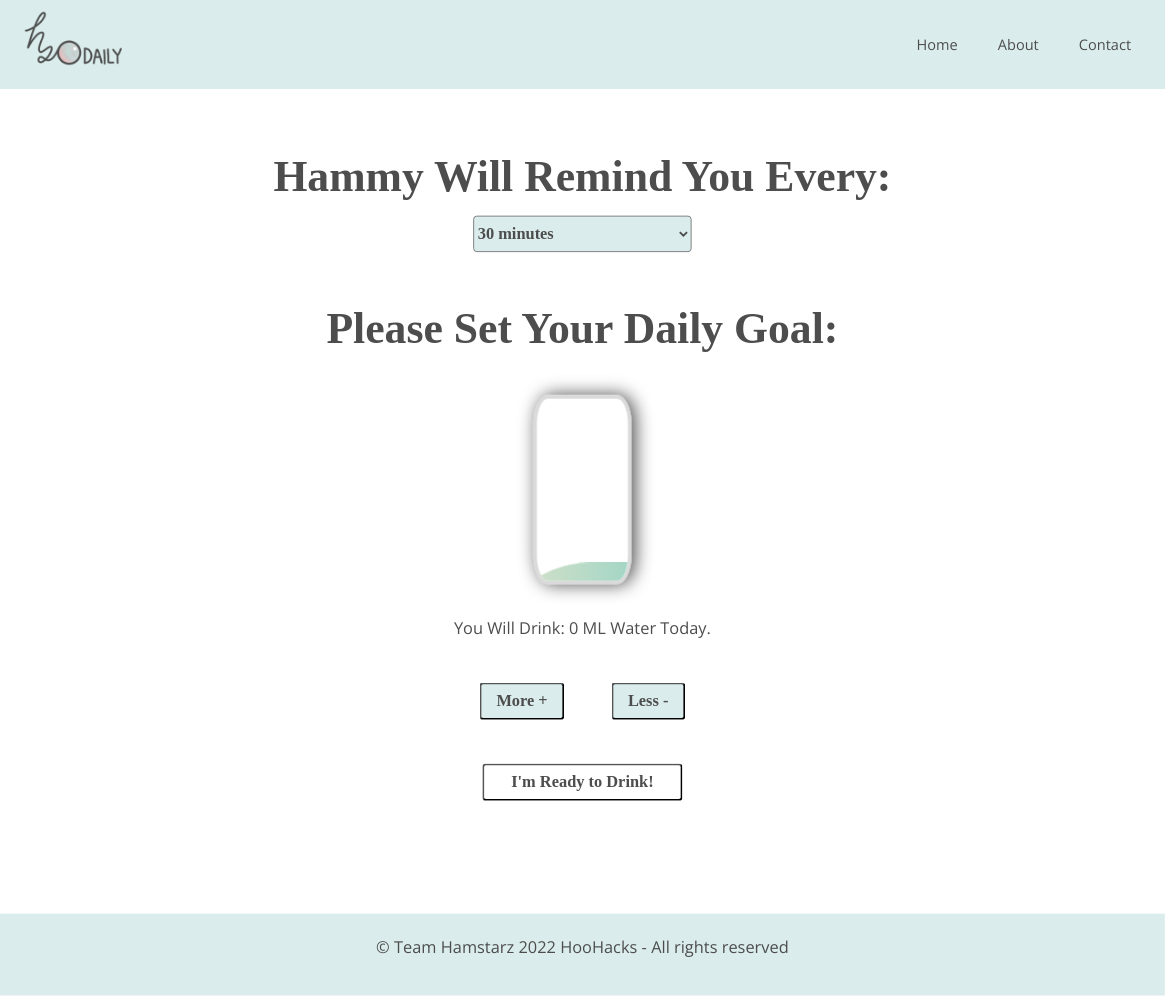
Repository: jennyjjung/H2ODaily
Page: settings.html
The author's editor kept a copy of each file at every save. The page is drawn from the files as they stood at one save, then again after the next save.
The browser window is 1280 px wide. The pictures show the whole page, at 91% of full size.
Some web fonts or font styles are not loaded; a fallback is used.

Above is the page before, as saved 2022-03-27 08:11:03.
Console error: TypeError: Cannot read properties of null (reading 'addEventListener')

### settings.html
<!DOCTYPE html>
<html lang="en">
  <head>
    <meta charset="UTF-8" />
    <meta http-equiv="X-UA-Compatible" content="IE=edge" />
    <meta name="viewport" content="width=device-width, initial-scale=1.0" />
    <title>Settings</title>
    <link
      href="https://fonts.googleapis.com/css?family=Unica One"
      rel="stylesheet"
    />
    <link
      href="https://fonts.googleapis.com/css2?family=Open+Sans:wght@400;600;700&display=swap"
      rel="stylesheet"
    />
    <link rel="stylesheet" href="style.css" />
    <script src="main.js" defer></script>

    <!-- CSS Style for Settings Page-->
    <style>
      .home__container {
        display: grid;
        grid-template-columns: 1fr;
        grid-template-rows: 1fr 1fr;
        row-gap: 20px;
      }

      .settings__title {
        font-family: "Unica One";
        color: var(--color-dark-grey);
      }
      .cup {
        margin: auto;
        width: 50px;
        height: 100px;
        border: 2px solid rgb(219, 218, 218);
        border-radius: 15%;
        position: relative;
        box-shadow: 2px 0px 10px var(--color-dark-grey);
        overflow: hidden;
        transform: scale(2);
      }

      .water {
        width: 180px;
        height: 180px;
        position: absolute;
        left: -50%;
        bottom: -190px;
        border-radius: 35%;
        transition: all 1.4 linear;
        animation: waterwave 2.5s linear infinite;
      }

      .lightcolor {
        background: linear-gradient(to right, #e2e4c9, rgb(79, 195, 195));
      }

      @keyframes waterwave {
        0% {
          transform: rotate(0);
          border-radius: 30%;
          bottom: -170px;
        }
        45% {
          border-radius: 39%;
        }
        100% {
          transform: rotate(360deg);
          border-radius: 30%;
          bottom: -80px;
        }
      }

      #cup {
        width: 50px;
        height: 80px;
        padding-block: 20px;
        padding-right: 2rem;
      }

      select {
        width: 20%;
        margin: auto;
        height: 40px;
        font-weight: bold;
        color: var(--color-dark-grey);
        background-color: var(--color-blue);
        font-size: var(--font-regular);
        font-weight: var(--weight-bold);
        font-family: "Unica One";
        border-radius: var(--size-border-radius);
      }

      #btn__ready {
        color: var(--color-dark-grey);
        background-color: var(--color-white);
        font-size: var(--font-regular);
        font-weight: var(--weight-bold);
        font-family: "Unica One";
        margin: 24px;
        padding: 8px 16px;
        border-radius: var(--size-border-radius);
        width: 220px;
      }

      #btn__ready:hover {
        color: var(--color-blue);
        background-color: var(--color-dark-grey);
      }
    </style>
  </head>
  <body>
    <nav id="navbar">
      <div class="navbar__logo">
        <a href="index.html"><img src="images/logo.png" id="navbar__logo" /></a>
      </div>
      <div class="navbar__menu">
        <li class="navbar__menu__item"><a href="index.html">Home</a></li>
        <li class="navbar__menu__item"><a href="about.html">About</a></li>
        <li class="navbar__menu__item"><a href="contact.html">Contact</a></li>
      </div>
    </nav>

    <section id="home">
      <div class="home__container">
        <div class="time__container">
          <h1 class="settings__title">Hammy Will Remind You Every:</h1>
          <div class="time">
            <select class="dd__list" id="dd__list">
              <option
                value="
                1800000"
              >
                30 minutes
              </option>
              <option value="3600000">60 minutes</option>
              <option value="7200000">120 minutes</option>
              <option>None</option>
            </select>
          </div>
        </div>

        <div class="water__container">
          <h1 class="settings__title">Please Set Your Daily Goal:</h1>
        </div>
        <br />
        <div class="cup">
          <div class="water lightcolor"></div>
        </div>
        <br />
        <br />
        <div id="water">
          <p>You Will Drink: <a id="clicks">0</a> ML Water Today.</p>
        </div>
        <div class="settings__button">
          <button class="btn__home" type="button" onclick="more()">
            More +
          </button>
          <button class="btn__home" type="button" onclick="less()">
            Less -
          </button>
        </div>
      </div>

      <div class="ready__button">
        <button id="btn__ready">
          <a href="remider.html">I'm Ready to Drink!</a>
        </button>
      </div>
    </section>

    <section id="bottom">
      <div class="bottom__container">
        <p class="bottom__rights">
          &copy; Team Hamstarz 2022 HooHacks - All rights reserved
        </p>
      </div>
    </section>
  </body>
</html>

### style.css
/* Global */
:root {
  /* Color */
  --color-white: #ffffff;
  --color-dark-grey: #4d4d4d;
  --color-blue: #daedec;
  --color-dark-blue: #b9d8d6;
  --color-yellow: rgb(241, 247, 208);

  /* Font weight */
  --weight-bold: 700;
  --weight-semi-bold: 600;
  --weight-regular: 400;

  /* Font Size */
  --font-large: 48px;
  --font-medium: 28px;
  --font-regular: 18px;
  --font-small: 16px;
  --font-micro: 14px;

  /* Size */
  --size-border-radius: 4px;
}

body {
  margin: 0;
  font-family: "Open Sans";
  cursor: default;
  text-align: center;
}

h1 {
  font-size: var(--font-large);
  font-weight: var(--weight-bold);
  color: var(--color-dark-grey);
  font-family: "Unica One";
  margin: 16px 0px;
}

p {
  font-size: var(--font-regular);
  font-weight: var(--weight-regular);
  color: var(--color-dark-grey);
  margin: 4px 0;
}

li {
  list-style: none;
}

a {
  text-decoration: none;
  color: var(--color-dark-grey);
}

/* Navbar */
#navbar {
  position: fixed;
  display: flex;
  justify-content: space-between;
  width: 100%;
  background-color: var(--color-blue);
  padding: 10px;
  align-items: center;
}

.navbar__menu {
  display: flex;
  margin-right: 25px;
}

.navbar__logo {
  font-size: var(--font-medium);
  font-weight: var(--weight-semi-bold);
  justify-content: center;
}

#nevbar__logo {
  width: 80px;
  padding-left: 20px;
  padding-top: 10px;
}

.navbar__menu__item {
  padding: 8px 12px;
  margin: 0 10px;
  cursor: pointer;
  border-radius: var(--size-border-radius);
}

.navbar__menu__item:hover {
  background-color: var(--color-dark-blue);
}

/* Home */
#home,
#contact,
#about {
  padding: 150px 40px 100px 40px;
}

.home__title {
  color: var(--color-dark-grey);
}

.home__content {
  width: 80%;
}

.home__container {
  display: flex;
  flex-direction: column;
  align-items: center;
  justify-content: center;
}

.home__logo {
  width: 300px;
  height: 300px;
  margin: 20px;
  margin-bottom: 0;
}

.btn__home,
input[type="submit"] {
  color: var(--color-dark-grey);
  background-color: var(--color-blue);
  font-size: var(--font-regular);
  font-weight: var(--weight-bold);
  font-family: "Unica One";
  margin: 24px;
  padding: 8px 16px;
  border-radius: var(--size-border-radius);
}

.btn__home:hover,
input[type="submit"]:hover {
  background-color: var(--color-dark-blue);
}

#bottom {
  background-color: var(--color-blue);
  padding: 20px;
  text-align: center;
  height: 50px;
}

/* About */
.about__content,
.contact__content {
  width: 70%;
  text-align: center;
  margin: 50px auto;
}

.about__content {
  display: flex;
}

#hamstarz {
  width: 250px;
}

#about__hamstarz {
  text-align: left;
}

#about__hamstarz::first-letter {
  font-size: var(--font-medium);
}

/* Contact */
form {
  width: 500px;
  margin: auto;
  margin-top: 50px;
}
.row {
  display: flex;
  justify-content: space-between;
  margin-top: 10px;
}

input[type="text"],
input[type="email"],
textarea {
  width: 100%;
  padding: 7px;
  border-radius: 3px;
  border: 1px solid rgb(207, 207, 207);
}

textarea {
  height: 100px;
}

.table__label {
  width: 30%;
  text-align: left;
  line-height: 150%;
}

.table__input {
  width: 70%;
}

### main.js
//setting.html
let counter = 0;
let add = (function () {
    return function () {
        if (counter < 10) {
            return (counter += 1);
        }
        return 10;
    };
})();

function more() {
    document.getElementById("clicks").innerHTML = add() * 250;
    loadImg();
}

let minus = (function () {
    return function () {
        if (counter != 0) {
            return (counter -= 1);
        }
        return 0;
    };
})();

function less() {
    document.getElementById("clicks").innerHTML = minus() * 250;
    removeImg();
}

let imageDiv = document.getElementById("water");
let moreBtn = document.getElementById("more");
var waterCount = 0;

function loadImg() {
    if (waterCount < 11) {
        waterCount++;
        let waterImage = document.createElement("IMG");
        waterImage.src = "images/watercup.png";
        waterImage.setAttribute("width", "100px");
        waterImage.setAttribute("height", "100px");
        waterImage.setAttribute("id", "water" + waterCount);
        imageDiv.appendChild(waterImage);
        localStorage.setItem("waterCount", waterCount);
        getDropDownValue();
    }

}

function removeImg() {
    let waterImage = document.getElementById("water" + waterCount);
    imageDiv.removeChild(waterImage);
    waterCount--;
    localStorage.setItem("waterCount", waterCount);
    getDropDownValue();
}


function getDropDownValue() {
    let dropdown = document.getElementById("dd__list");
    var timeHello = dropdown.options[dropdown.selectedIndex].value;
    localStorage.setItem("time", timeHello);
}

//reminder.html
document.addEventListener("DOMContentLoaded", applyImg);
document.addEventListener("DOMContentLoaded", addCheckBox);

let submit = document.getElementById("submit");
let reminderDiv = document.getElementById("reminder__container");
let checkBoxDiv = document.getElementById("checkmark__container");
var wCount = localStorage.getItem("waterCount");
var timeCount = localStorage.getItem("time");


function applyImg() {

    for (let i = 0; i < wCount; i++) {
        let waterImage = document.createElement("IMG");
        waterImage.src = "images/watercup.png";
        waterImage.setAttribute("width", "100px");
        waterImage.setAttribute("height", "100px");
        waterImage.setAttribute("id", "water" + i);
        reminderDiv.appendChild(waterImage);
    }
}

function addCheckBox() {
    for(let i = 0; i < wCount; i++) {
        let checkBox = document.createElement("INPUT");
        checkBox.setAttribute("type", "checkbox");
        checkBox.setAttribute("id", "checkBox" + i);
        checkBox.style.margin = "10px 45px 10px 45px";
        checkBoxDiv.appendChild(checkBox);
    }
}

function drinkWater() {
    for(let i = 0; i < wCount; i++) {
        let eachWaterCup = document.getElementById("water" + i);
        let eachCheckBox = document.getElementById("checkBox" + i);

        if(eachCheckBox.checked) {
            eachWaterCup.src = "images/emptycup.png";
            eachCheckBox.style.visibility = "hidden";
        }
    }
 }

submit.addEventListener("click", drinkWater);

//Modal

let modal = document.getElementById("modal__container");
const close = document.getElementById('okay__btn');

const timer = setInterval(function() {
    modal.classList.add("show");
    }, timeCount);


function closeModel() {
    modal.classList.remove("show");
}

close.addEventListener("click", closeModel);

After the next save:
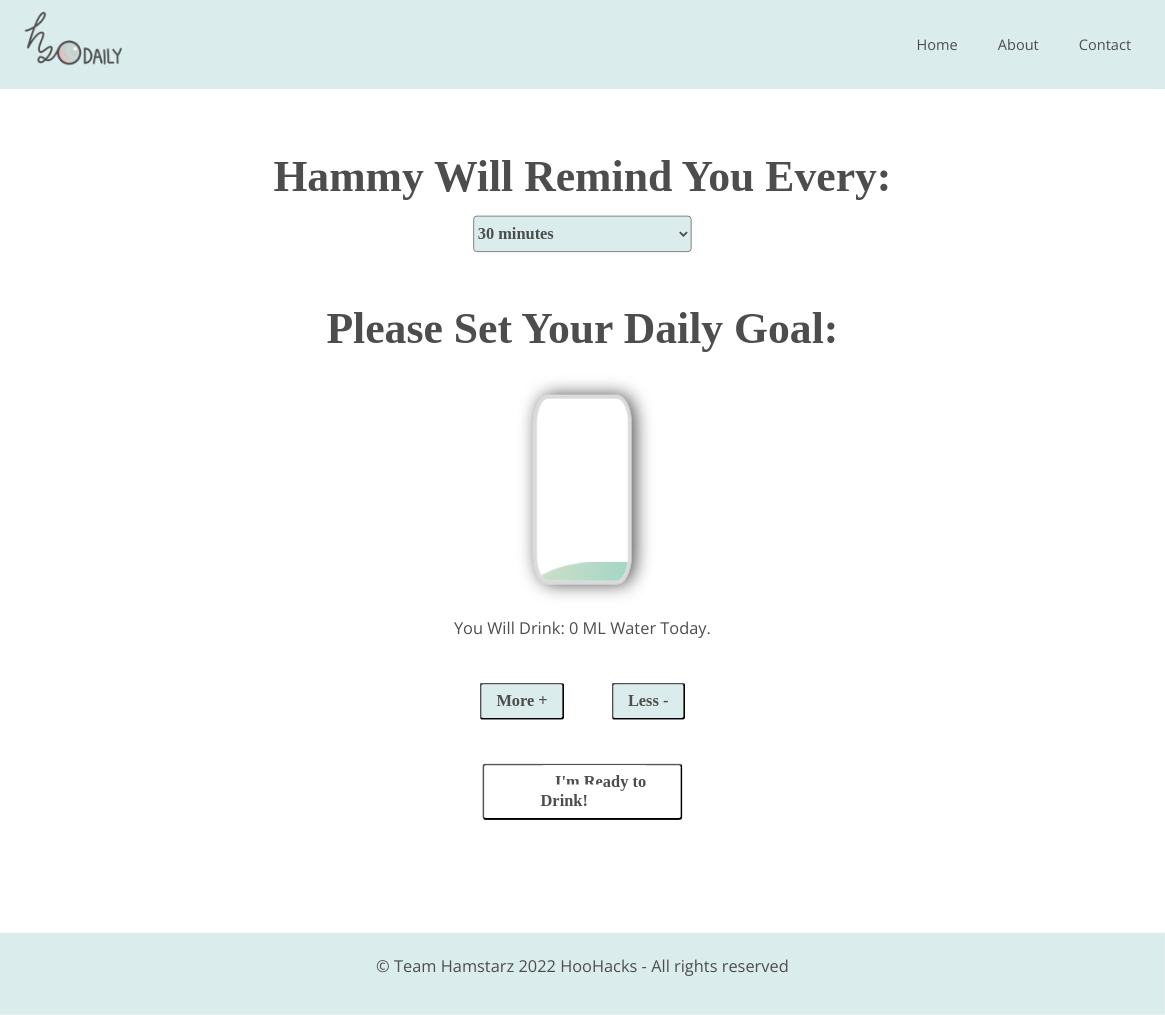
Saved 2 min 43 s later.
--- a/settings.html
+++ b/settings.html
@@ -92,7 +92,7 @@
         border-radius: var(--size-border-radius);
       }
 
-      #btn__ready {
+      .btn__ready {
         color: var(--color-dark-grey);
         background-color: var(--color-white);
         font-size: var(--font-regular);
@@ -104,7 +104,8 @@
         width: 220px;
       }
 
-      #btn__ready:hover {
+      .btn__ready:hover,
+       {
         color: var(--color-blue);
         background-color: var(--color-dark-grey);
       }
@@ -164,8 +165,8 @@
       </div>
 
       <div class="ready__button">
-        <button id="btn__ready">
-          <a href="remider.html">I'm Ready to Drink!</a>
+        <button class="btn__ready">
+          <a href="remider.html" class="btn__ready">I'm Ready to Drink!</a>
         </button>
       </div>
     </section>

After the 3 saves that followed:
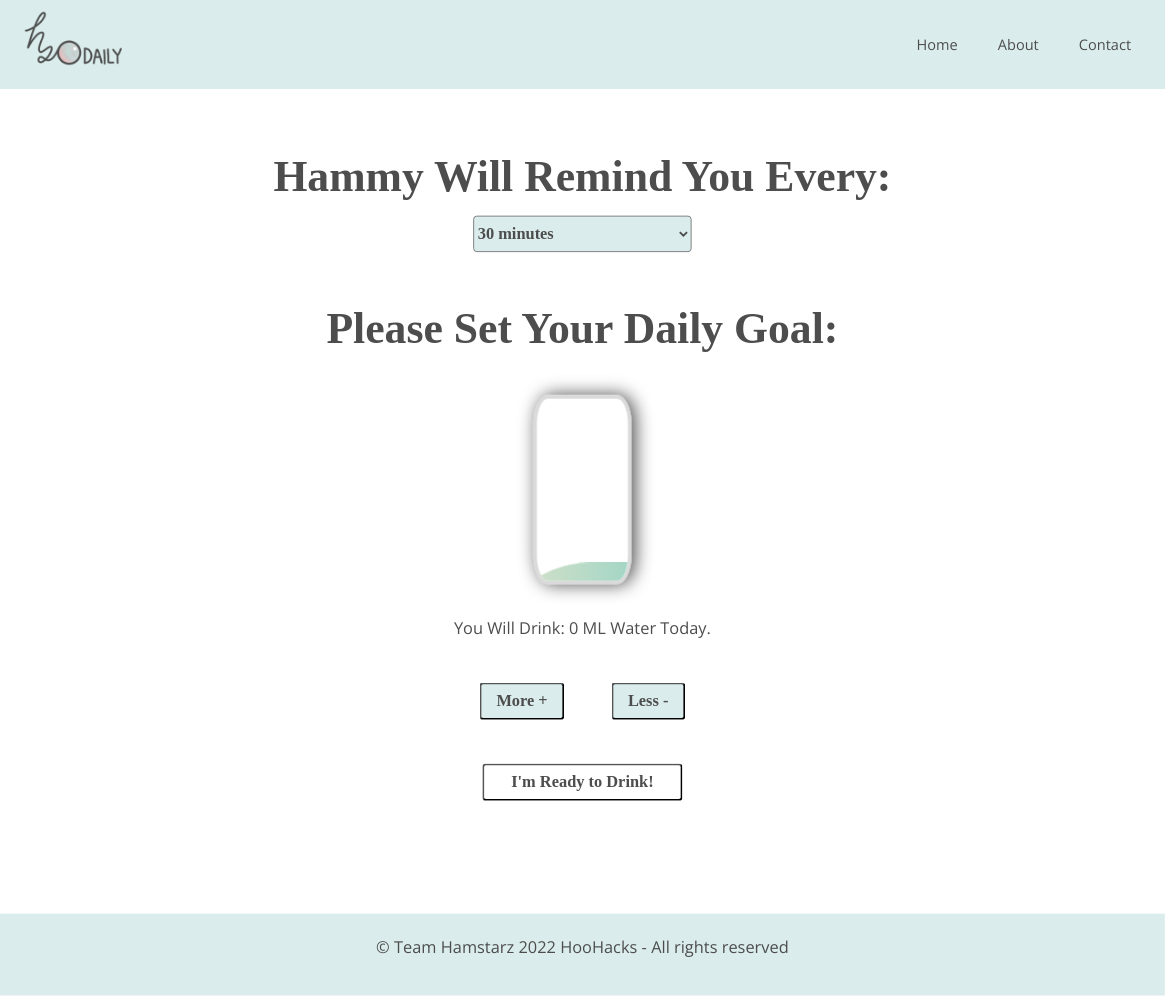
The 3 saves are shown as one change because 2 left the picture as it was.
The last was saved 31 s later.
--- a/settings.html
+++ b/settings.html
@@ -104,8 +104,7 @@
         width: 220px;
       }
 
-      .btn__ready:hover,
-       {
+      .btn__ready:hover{
         color: var(--color-blue);
         background-color: var(--color-dark-grey);
       }
@@ -166,7 +165,7 @@
 
       <div class="ready__button">
         <button class="btn__ready">
-          <a href="remider.html" class="btn__ready">I'm Ready to Drink!</a>
+          <a href="remider.html">I'm Ready to Drink!</a>
         </button>
       </div>
     </section>
